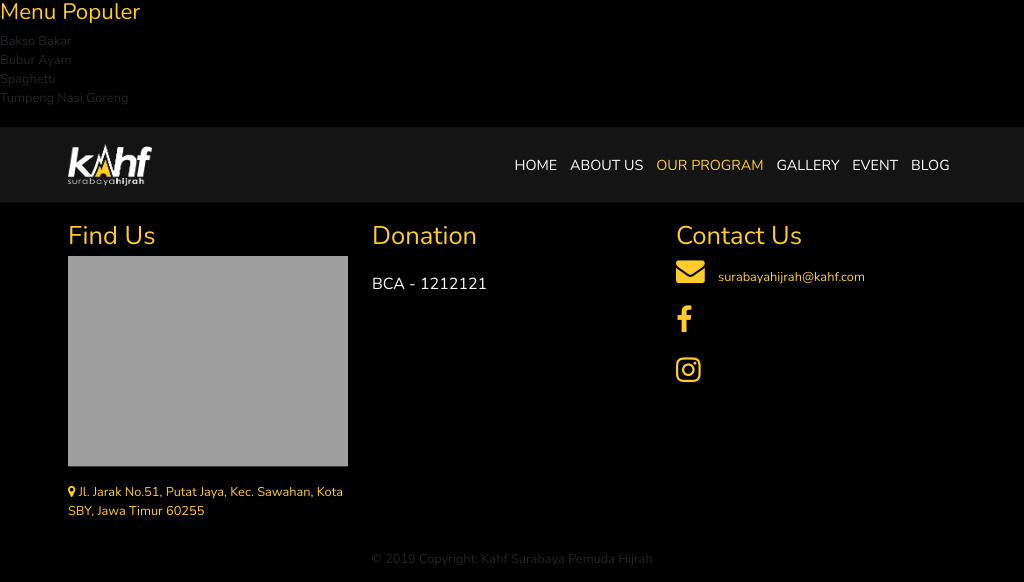
Repository: shandytp/surabaya-hijrah
Page: http://localhost/ourprogram.php
An editor plug-in stored every save of this project. The page is shown before and after the next save, followed by the edit.
The browser window is 1280 px wide. The pictures show the whole page, at 80% of full size.
Pictures or frames that could not be fetched are drawn as grey boxes. Some web libraries are served in a nearby version. The page is run by PHP 8.4 with error messages shown; the project is at /var/www/html/.

Above is the page before, as saved 2019-08-20 16:12:53.
Console error: TypeError: Cannot read properties of undefined (reading 'fn')

After the next save:
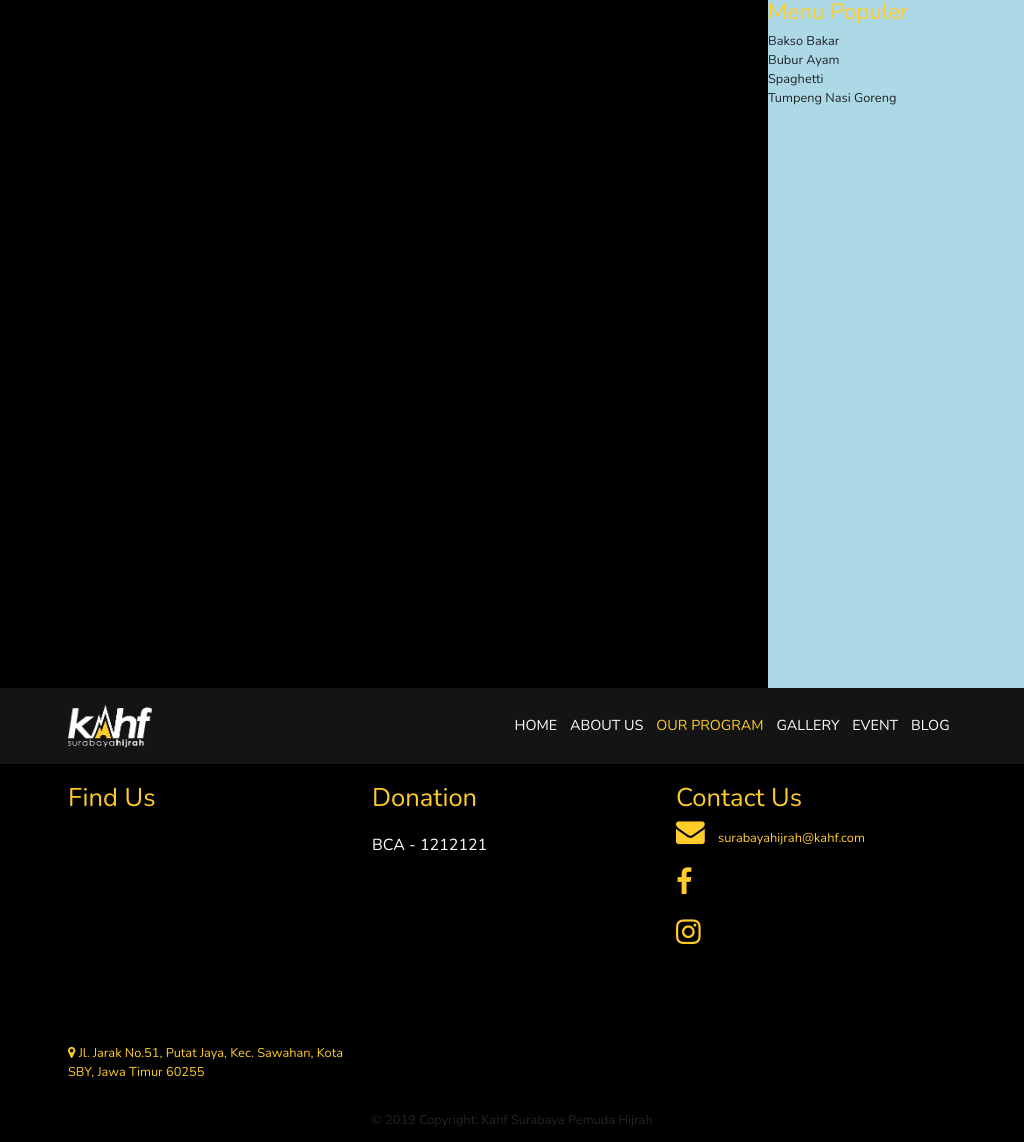
Saved 12 s later.
--- a/css/main.css
+++ b/css/main.css
@@ -21,7 +21,12 @@
 }
 
 /*OUR PROGRAM...................................*/
-
+.kanan {
+  width: 25%;
+  height: 860px;
+  float: right;
+  background: #add8e6;
+}
 /*VISI MISI.....................................*/
 .visi {
   padding: 20px;
